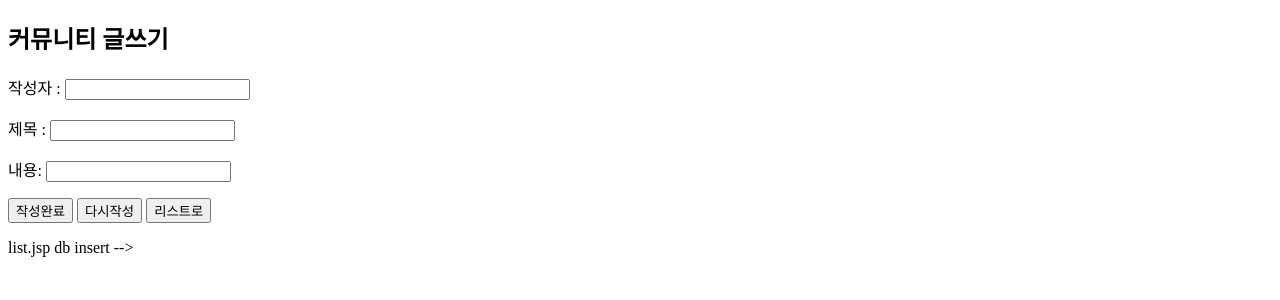
Repository: Blair-Kim/JSP
Page: http://localhost/Day4/board/write.jsp
These files come from the project's save history. The page is drawn as it stood at one moment and after the next save; the edit follows.
The browser window is 1280 px wide. The pictures show the whole page.
The page is served by Tomcat 9. Other server files are loaded and not shown.

Above is the page before, as saved 2022-01-18 01:35:23.

### Day4/WebContent/board/write.jsp
<%@ page language="java" contentType="text/html; charset=UTF-8"
    pageEncoding="UTF-8"%>
<!DOCTYPE html>
<html>
<head>
<meta charset="UTF-8">
<title>커뮤니티 - 글쓰기</title>
</head>
<body>
	<h2>커뮤니티 글쓰기</h2>
	<form action="./wirte_ok.jsp" method="post" name="regform" id="regform" onsubmit="return sendit()">
        <input type="hidden" id="isidcheck" value="n">
        <input type="hidden" id="isssn" value="n">
        <p>작성자 : <input type="text" name="userid" id="userid" maxlength="20"></p>
        <p>제목 : <input type="text" name="b_title" id="b_title" maxlength="200"></p>
        <p>내용: <input type="text" name="b_content" id="b_title" maxlength="2000"></p>
        <p><input type="submit" value="작성완료"> <input type="reset" value="다시작성"> <input type="button" value="리스트로" onclick="location.href='./list.jsp'"></p>
    </form>

	<!--
		form action : write_ok.jsp
		작성자 : session.getAttribute("userid")
		제목 : b_title
		내용 : b_content

		write_ok.jsp --> list.jsp
		db insert
	 -->
</body>
</html>

After the next save:
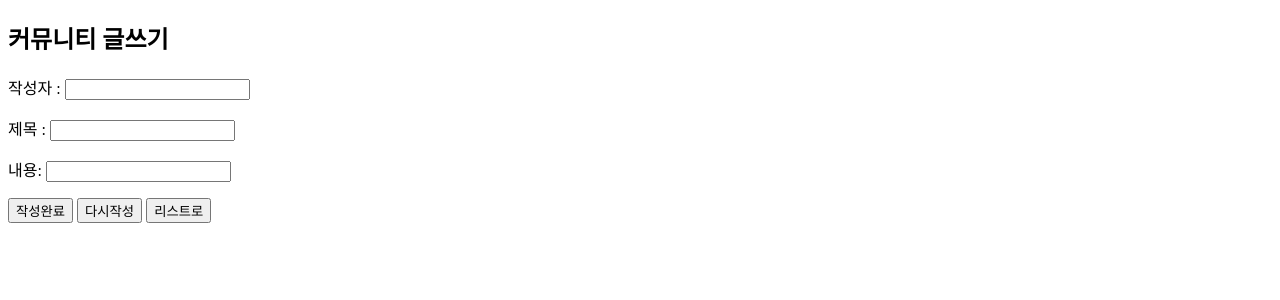
Saved 47 s later.
--- a/Day4/WebContent/board/write.jsp
+++ b/Day4/WebContent/board/write.jsp
@@ -23,7 +23,7 @@
 		제목 : b_title
 		내용 : b_content
 
-		write_ok.jsp --> list.jsp
+		write_ok.jsp -> list.jsp
 		db insert
 	 -->
 </body>
